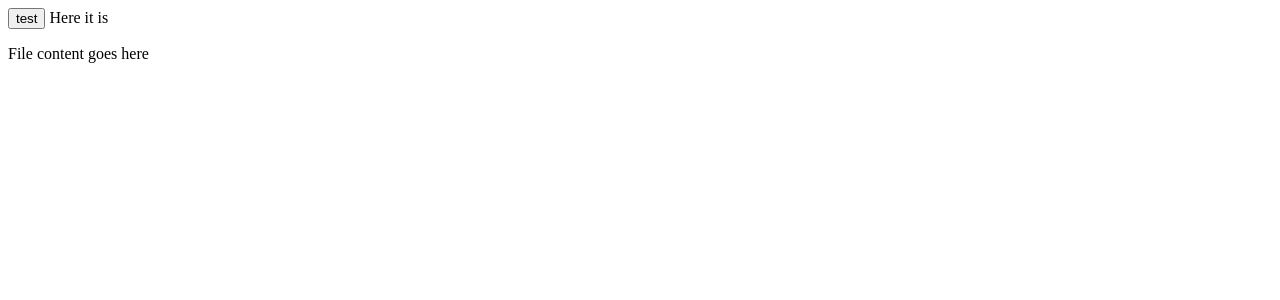
Repository: shutterfly2011/apache
Page: JavaScriptTest/test.html
These files come from the project's save history. The page is drawn as it stood at one moment and after the next save; the edit follows.
The browser window is 1280 px wide. The pictures show the whole page.

Above is the page before, as saved 2015-09-18 02:08:15.

### JavaScriptTest/test.html
<!DOCTYPE html>
<html>
<head>
<meta charset="ISO-8859-1">
<title>HTML testing container</title>
<script type="text/javascript" src="js/jsTest1.js">
	alert ("hello, this is first stop");

</script>

</head>
<body>

	<input type="button" value = "test" onclick="dosomething1()"/>
	<a id="valuefield">Here it is</a>
	<p><a id="fileContent">File content goes here</a></p>
	<script type="text/javascript">
		//alert("Hello!");
		//document.getElementById("valuefield").innerHTML = "This is innerHTML";
		function dosomething1(){
			var reader = new FileReader();
			var result;
			reader.onload = function(e){
				result = reader.result;
				document.getElementById("fileContent").innerHTML = result;
			};
			var files = ["TagHistory.csv"];
			reader.readAsText(files[0]);

		}

	</script>
</body>
</html>

### JavaScriptTest/js/jsTest1.js
function dosomething(){
	alert ("hello! this is a response from jsTest1.js");
}

After the next save:
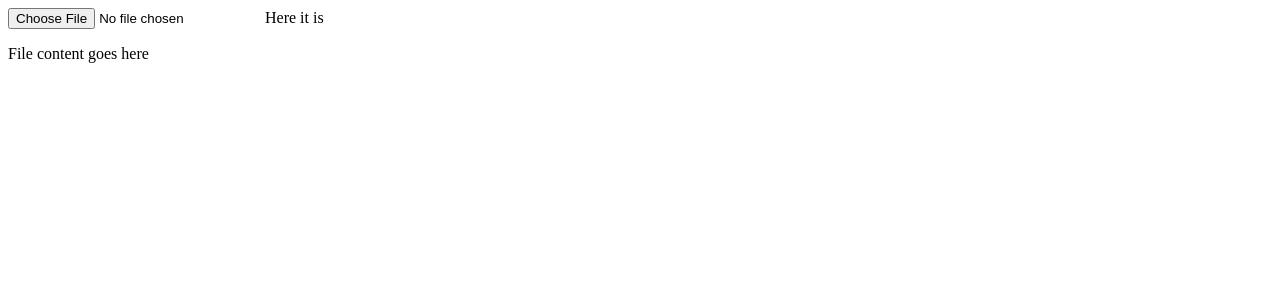
Saved 5 min 27 s later.
--- a/JavaScriptTest/test.html
+++ b/JavaScriptTest/test.html
@@ -11,13 +11,13 @@
 </head>
 <body>
 
-	<input type="button" value = "test" onclick="dosomething1()"/>
+	<input type="file" onchange="dosomething(this.files)"/>
 	<a id="valuefield">Here it is</a>
 	<p><a id="fileContent">File content goes here</a></p>
 	<script type="text/javascript">
 		//alert("Hello!");
 		//document.getElementById("valuefield").innerHTML = "This is innerHTML";
-		function dosomething1(){
+		function dosomething(){
 			var reader = new FileReader();
 			var result;
 			reader.onload = function(e){
